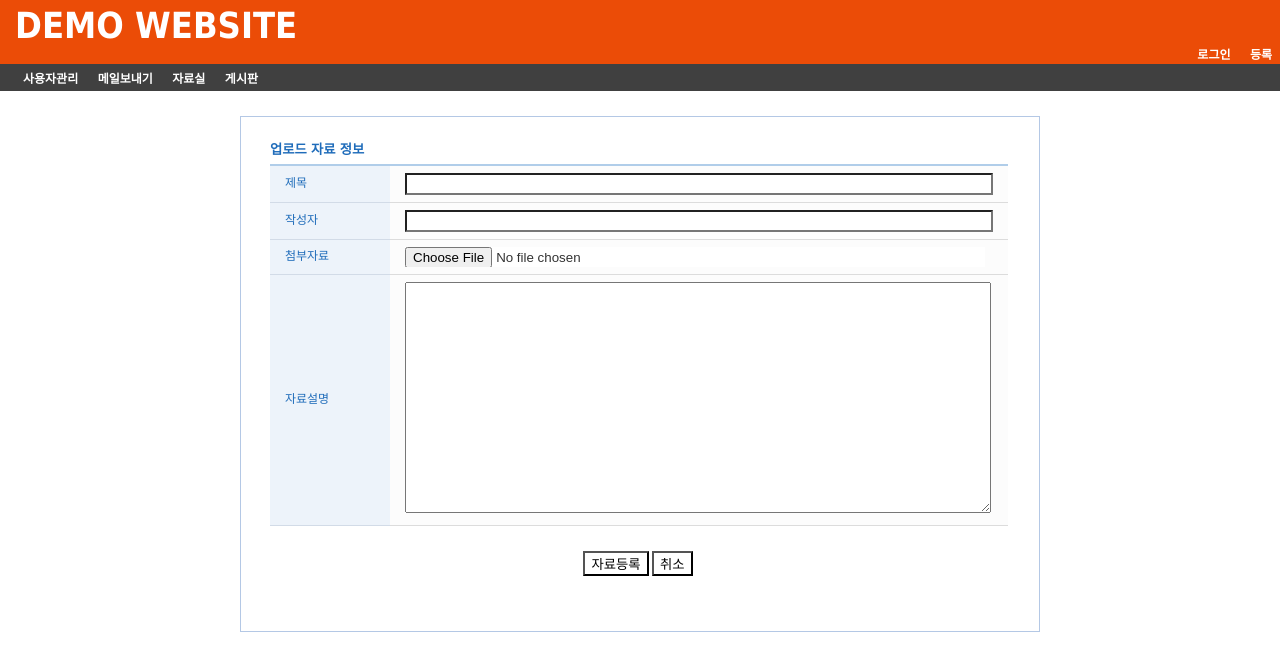
Repository: yeobinJeong/demoweb
Page: http://localhost/demoweb/WEB-INF/views/upload/uploadwriteform.jsp
These files come from the project's save history. The page is drawn as it stood at one moment and after the next save; the edit follows.
The browser window is 1280 px wide. The pictures show the whole page.
The page is served by Tomcat 9. Nobody is signed in. The template is opened directly, without the code that normally fills it, so the values that code supplies are empty.

Above is the page before, as saved 2016-04-12 02:52:26.

After the next save:
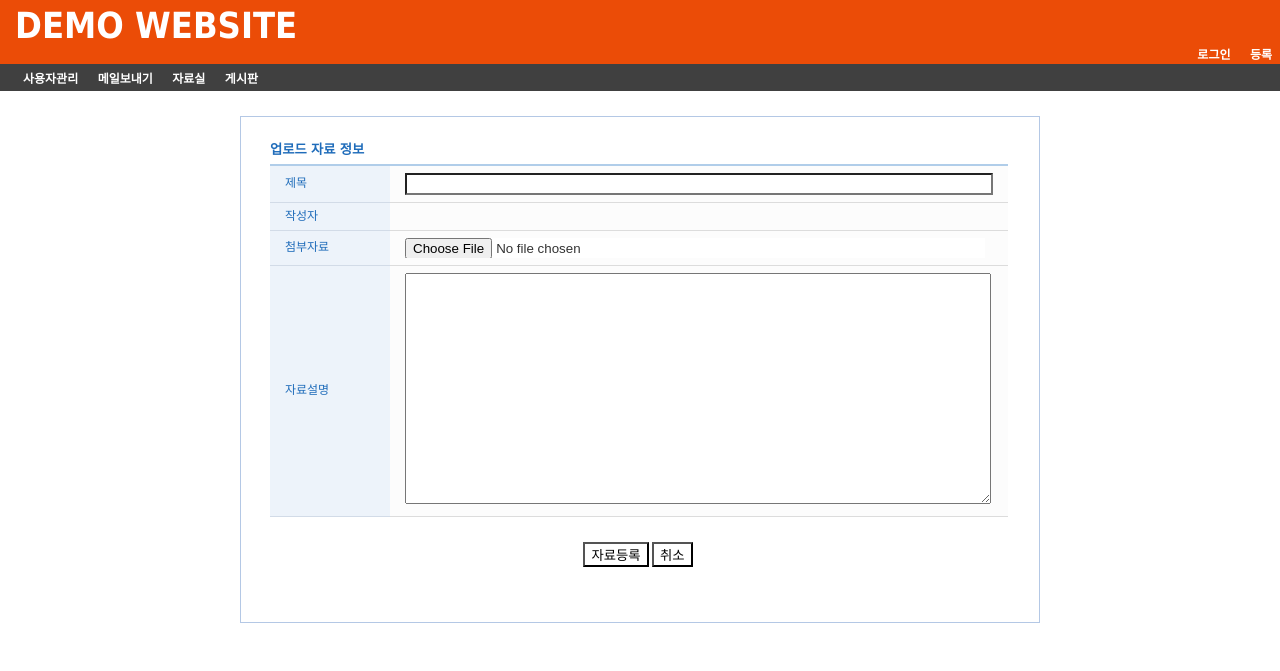
Saved 20 min 18 s later.
--- a/demoweb/WebContent/WEB-INF/views/upload/uploadwriteform.jsp
+++ b/demoweb/WebContent/WEB-INF/views/upload/uploadwriteform.jsp
@@ -33,7 +33,7 @@
 		            <tr>
 		                <th>작성자</th>
 		                <td>
-		                	<input type="text" name="writer" style="width: 580px"/>
+
 		                </td>
 		            </tr>
 		            <tr>
